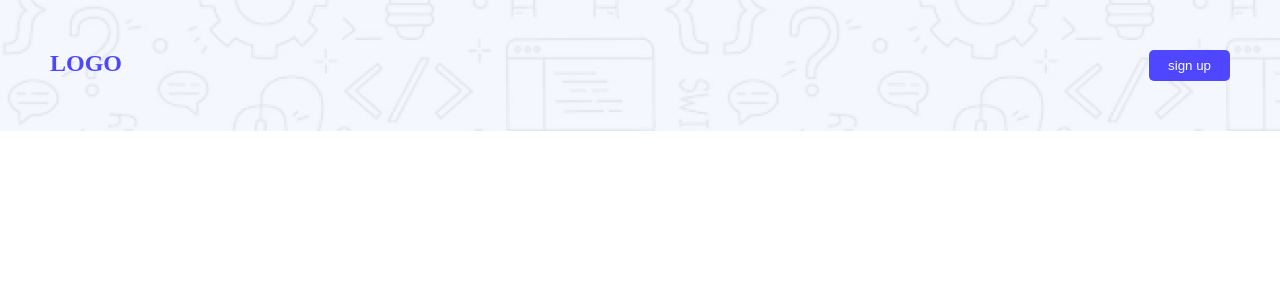
Repository: dollyrakhe22/landing-launchpad
Page: index.html
These files come from the project's save history. The page is drawn as it stood at one moment and after the next save; the edit follows.
The browser window is 1280 px wide. The pictures show the whole page.

Above is the page before, as saved 2025-07-10 22:44:42.

After the next save:
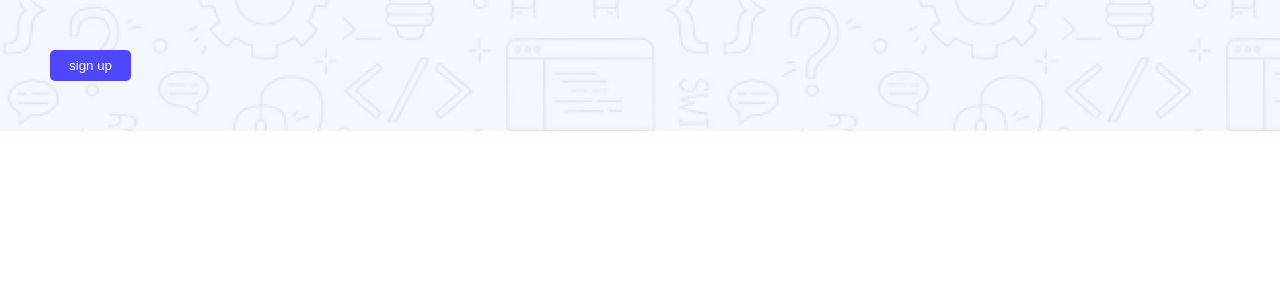
Saved 48 s later.
--- a/index.html
+++ b/index.html
@@ -10,7 +10,7 @@
     <header>
 
         <nav>
-            <h2>LOGO</h2>
+
             <a href="#"><button>sign up</button></a>
         </nav>
     </header>
